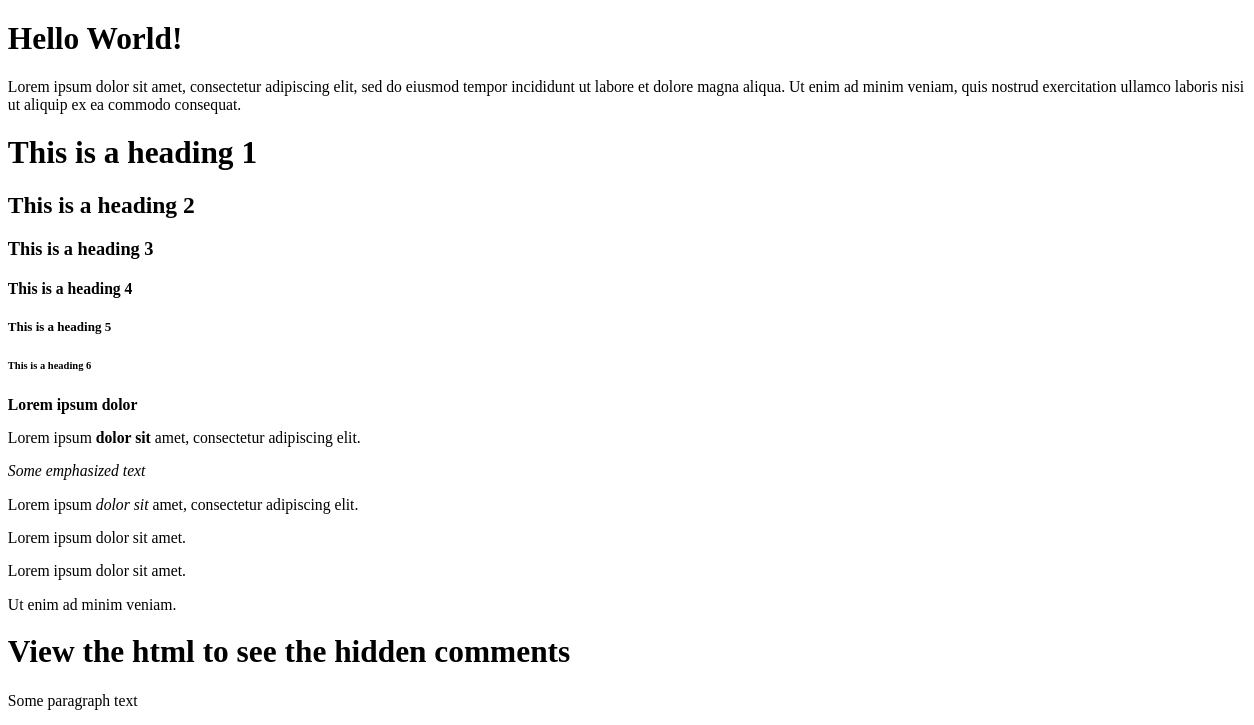
Repository: HeliosAI9/First-test-website
Page: mywebsite/html-boilerplate/index.html
The author's editor kept a copy of each file at every save. The page is drawn from the files as they stood at one save, then again after the next save.
The browser window is 1280 px wide. The pictures show the whole page, at 98% of full size.

Above is the page before, as saved 2023-05-14 16:06:12.

### mywebsite/html-boilerplate/index.html
<!DOCTYPE html>
<html lang="en">
  <head>
    <meta charset="UTF-8">
    <title>My First Webpage</title>
  </head>

  <body>
    <h1>Hello World!</h1>
  </body>
</html>

<body>
  Lorem ipsum dolor sit amet, consectetur adipiscing elit, sed do eiusmod tempor
  incididunt ut labore et dolore magna aliqua.

  Ut enim ad minim veniam, quis nostrud exercitation ullamco laboris
  nisi ut aliquip ex ea commodo consequat.

    <h1>This is a heading 1</h1>
    <h2>This is a heading 2</h2>
    <h3>This is a heading 3</h3>
    <h4>This is a heading 4</h4>
    <h5>This is a heading 5</h5>
    <h6>This is a heading 6</h6>

    <strong>Lorem ipsum dolor</strong>

    <p>Lorem ipsum <strong>dolor sit</strong> amet, consectetur adipiscing elit.</p>

    <em>Some emphasized text</em>

    <p>Lorem ipsum <em>dolor sit</em> amet, consectetur adipiscing elit.</p>

    <p>Lorem ipsum dolor sit amet.</p>

    <p>Lorem ipsum dolor sit amet.</p>
    <p>Ut enim ad minim veniam.</p>

    <h1> View the html to see the hidden comments </h1>

<!-- I am a html comment do not is <b> and <i> use <strong> and <em> -->

<p>Some paragraph text</p>

<!-- I am another html comment -->
  </body>
 </html>

After the next save:
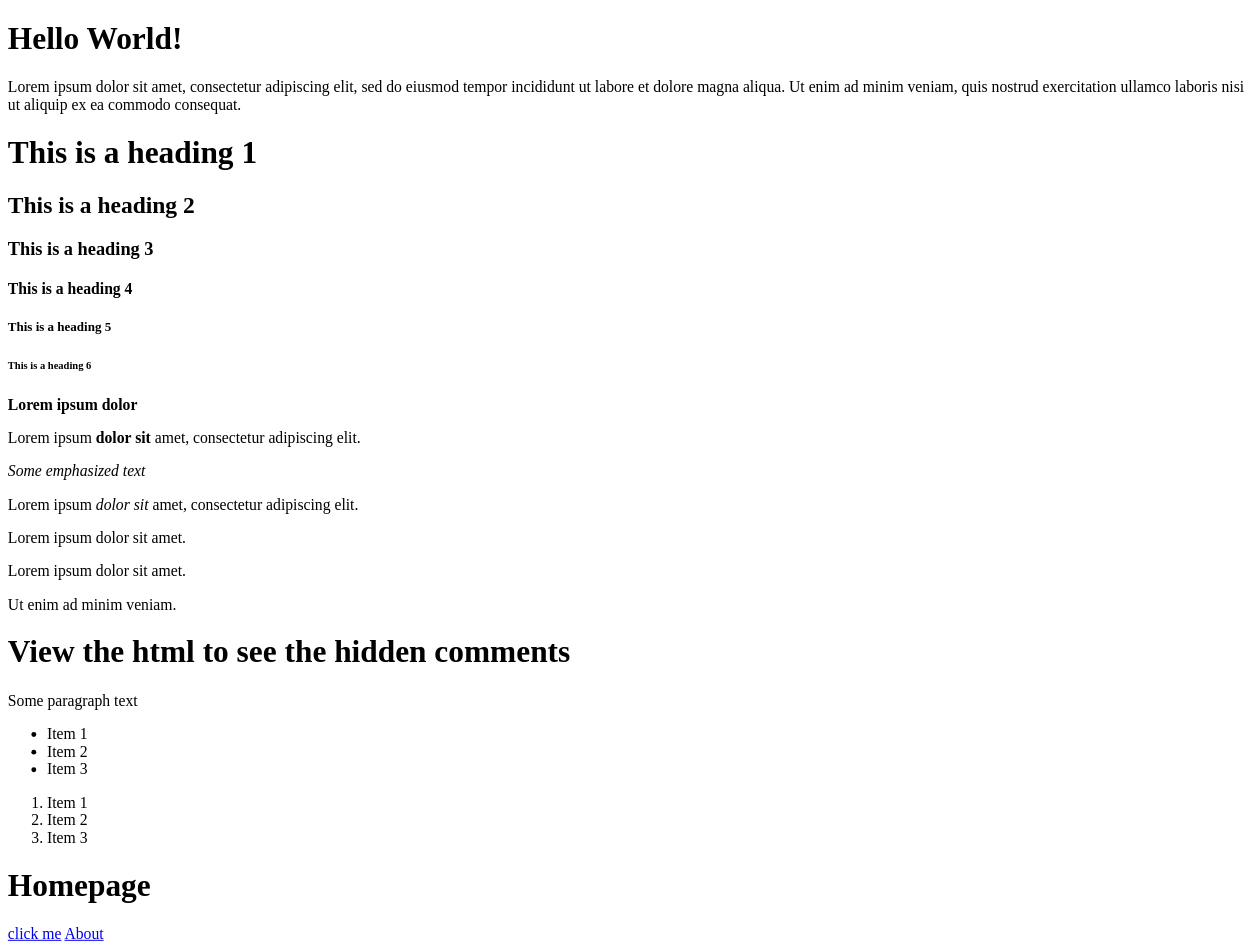
Saved 4 days later.
--- a/mywebsite/html-boilerplate/index.html
+++ b/mywebsite/html-boilerplate/index.html
@@ -46,3 +46,22 @@
 <!-- I am another html comment -->
   </body>
  </html>
+
+ <ul>
+  <li>Item 1</li>
+  <li>Item 2</li>
+  <li>Item 3</li>
+ </ul>
+
+ <ol>
+  <li>Item 1</li>
+  <li>Item 2</li>
+  <li>Item 3</li>
+ </ol>
+
+ <body>
+  <h1>Homepage</h1>
+	<a href="https://www.theodinproject.com/about">click me</a>
+
+	<a href="about.html">About</a>
+</body>
